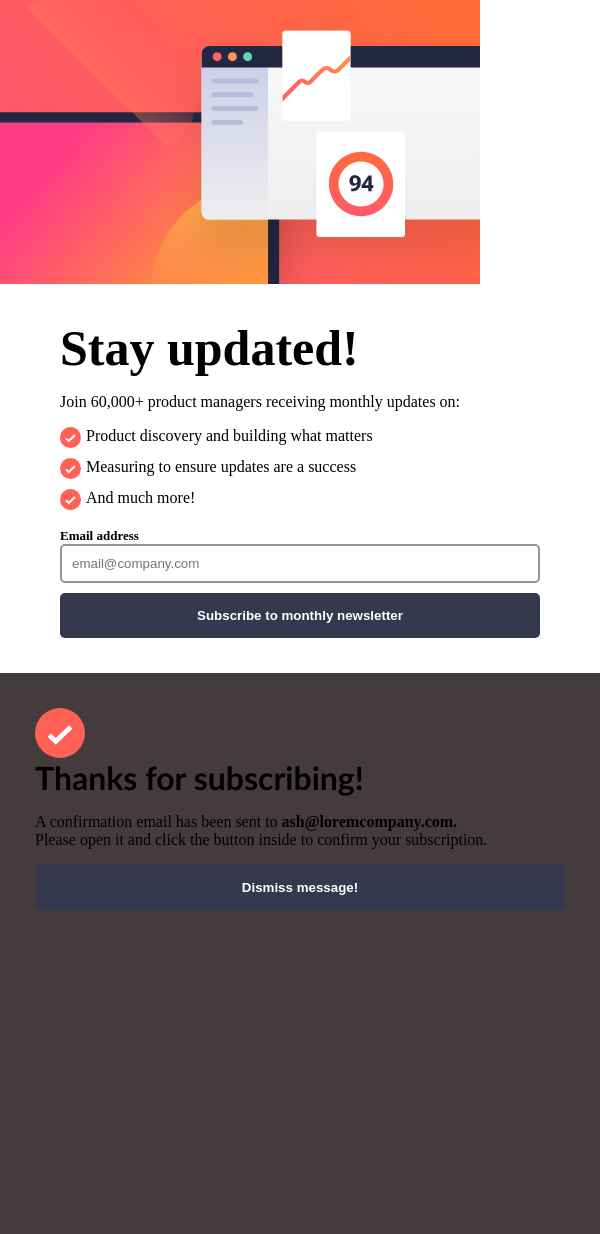
Repository: Celebration-cloud/Newsletter
Page: index.html
An editor plug-in stored every save of this project. The page is shown before and after a run of saves, followed by the edit.
The browser window is 600 px wide. The pictures show the whole page.

Above is the page before, as saved 2023-07-19 23:53:58.

After the next 2 saves:
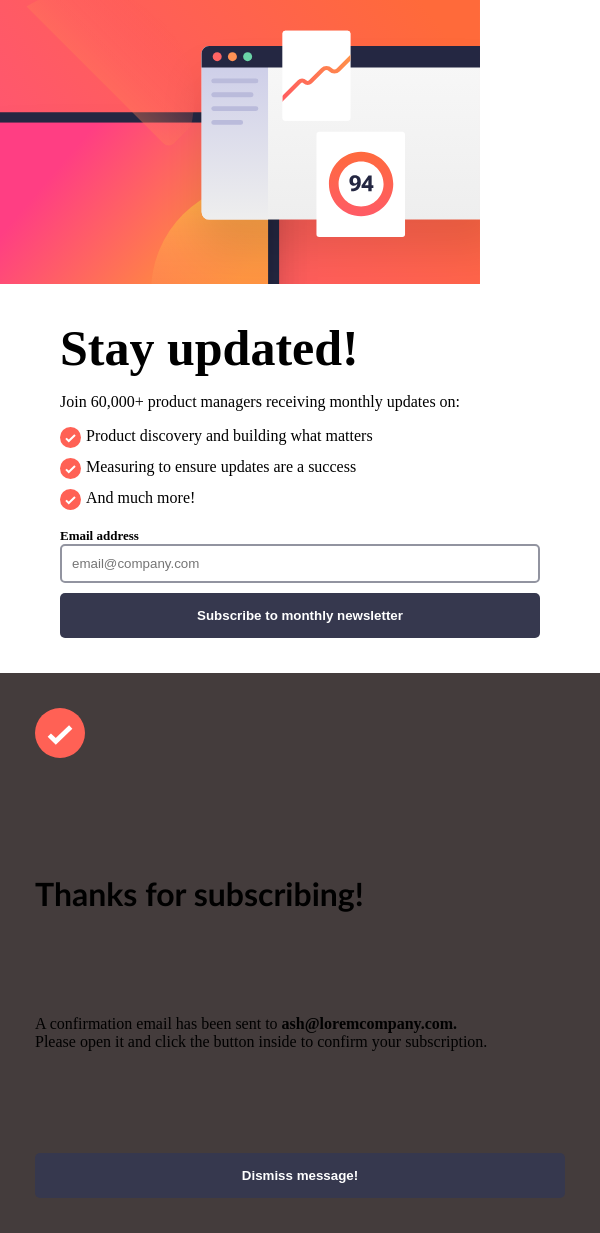
The 2 saves are shown as one change because they came seconds apart.
The last was saved 11 s later.
--- a/index.css
+++ b/index.css
@@ -129,14 +129,15 @@ button{
         margin: auto;
         width: 100%;
         padding: 35px;
-        height: 561px;
+        height: 560px;
         box-sizing: border-box;
         display: flex;
         flex-direction: column;
+        justify-content: space-between;
     }
     #success img{
         width: 50px;
-        margin: 0;
+        margin-bottom: 30px;
     }
     #success h2{
         font-weight: bolder;
